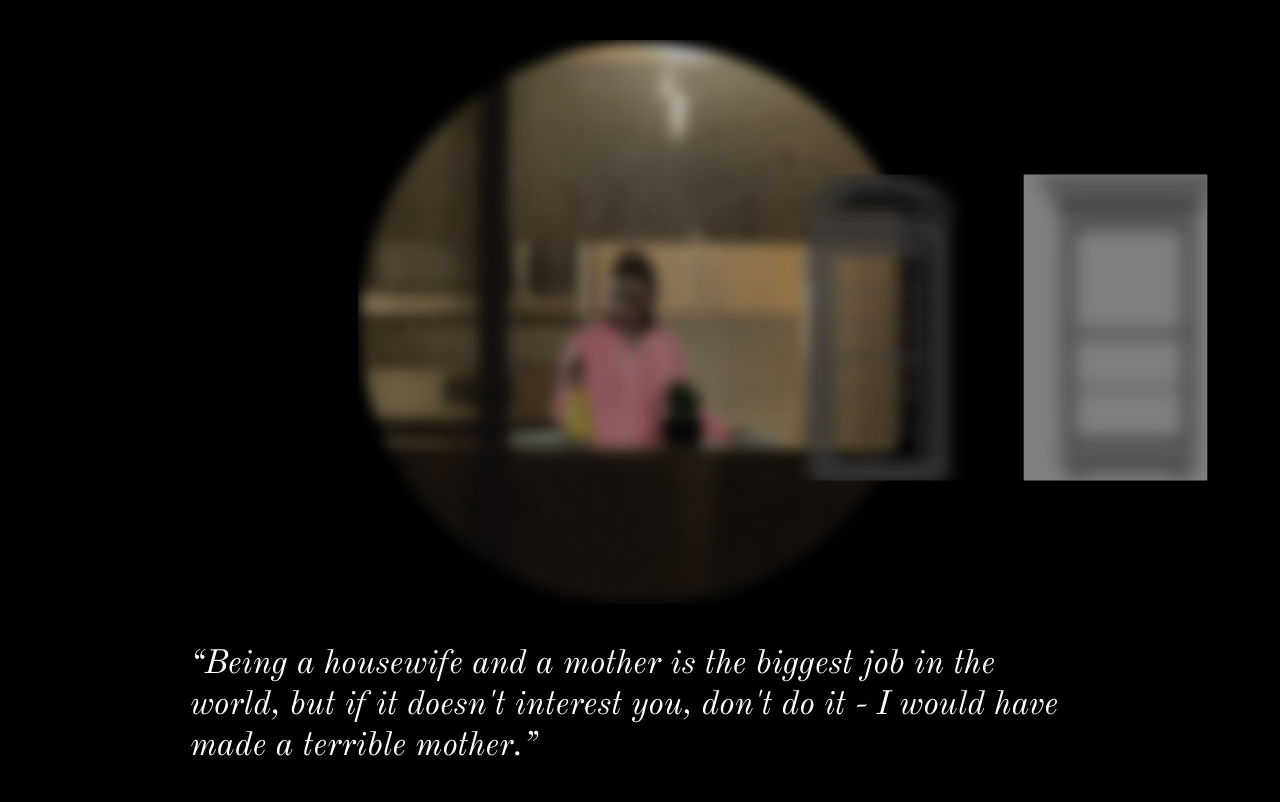
Repository: ConnyPinto/connypinto.github.io
Page: studio/space/final-space/room2.html
The author's editor kept a record of every edit. The page is drawn from the files as they stood at one moment, then again after the next edit.
The browser window is 1280 px wide. The pictures show the whole page.
Some web libraries are served in a nearby version.

Above is the page before.

### studio/space/final-space/room2.html
<html>

<head>
    <title>Space</title>
   <link href='//fonts.googleapis.com/css?family=Old+Standard+TT:400italic' rel='stylesheet' type='text/css'>
    <link rel="stylesheet" href="css/room.css" type="text/css" />
     <script src="//ajax.googleapis.com/ajax/libs/jquery/1.7.1/jquery.min.js"></script>
      <script src="javascript/room.js"></script>
</head>

<body>

        <a href="room3.html" class="right-window"
        style="background-image: url(images/grey-blur-03.png);
    background-repeat: no-repeat;
    transform: scale(1.2);
    width: 153px;
    height: 255px;
    display: block;
    float:right;
    margin-right:80px;
    margin-top:160px;"></a>

          <a href="room1.html" class="left-window"
        style="background-image: url(images/grey-blur-01.png);
    background-repeat: no-repeat;
    transform: scale(1.2);
    width: 153px;
    height: 255px;
    display: block;
    float:right;
    margin-right:80px;
    margin-top:160px;"></a>


    <div class="content">



    <a href="#" class="lense" style="background-image: url(images/lense-02.png);"></a>



    <div class="quote">&ldquo;Being a housewife and a mother is the biggest job in the world, but if it doesn't interest you, don't do it - I would have made a terrible mother.&rdquo;</div>

    </div>

    <!-- <div class="eyes"><img src="images/i9lb4.gif"></div>  -->




</body>

</html>

### studio/space/final-space/css/room.css
body{
    background-color: black;
    font-family: 'Old Standard TT', serif;
    font-style: italic;
    margin-bottom:35px;
}

.lense {
    background-repeat: no-repeat;
    width: 564px;
    height:564px;
    display: block;
    font-size: 0;
    margin:0 auto;
    margin-bottom:40px;
    margin-top:40px;
}
.lense:hover {
    background-position: 0 -565px;
}


/*.lense{
    margin:0 auto;
    margin-top:80px;
    margin-bottom:114px;}*/

.right-window{
    background-repeat: no-repeat;
    background-color: grey;
    width: 125px;
    height: 153px;
    display: block;
    float:right;
    margin-top:200px;
}

.right-window:hover {
    background-position: 0 -125px;
}



.content{
    width:900px;
    margin:0 auto;

}

.quote{
    color:white;
    font-family: 'Old Standard TT', serif;
    display: block;
    margin-left: auto;
    margin-right: auto;
    margin-bottom:10px;
    font-size: 25pt;
    width:900px;


}

.eyes{

    position: relative;
   margin:0 auto;
   width:300px;

}

.sofa-button {
    background-image: url(../images/sofa-button.png);
    background-repeat: no-repeat;
    width: 212px;
    height: 67px;
    display: inline-block;
    font-size: 0;
    margin:60px;
    margin-bottom:-80px;

}
.sofa-button:hover {
    background-position: 0 -68px;
}


/*.sofa-button{
    margin:20px;
    margin-bottom:-70px;

}*/

### studio/space/final-space/javascript/room.js
$(document).ready(function () {
    $('body').click(function (e) {
        console.log(e);
        if (!$(e.target).is('a')) {
            window.location.href = 'window.html';
        }
    });
});

After the next edit:
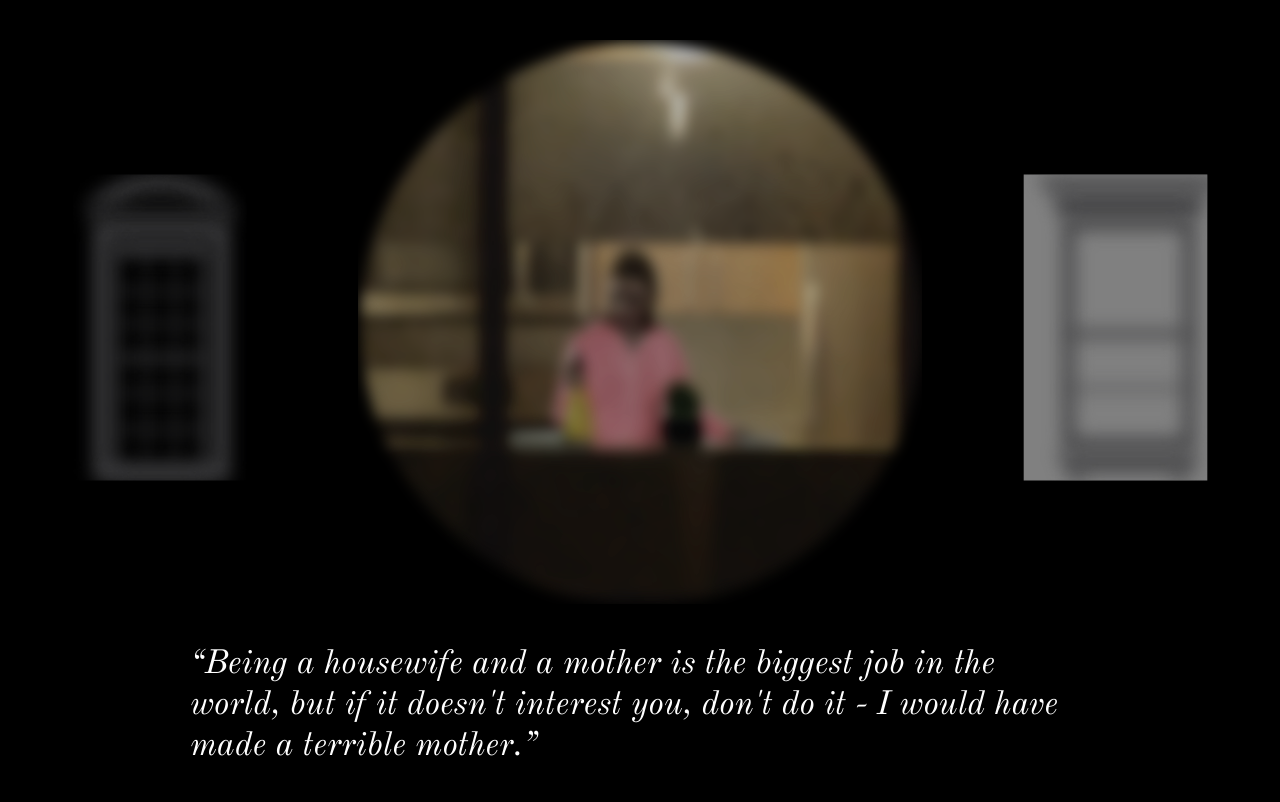
The edit:
--- a/studio/space/final-space/room2.html
+++ b/studio/space/final-space/room2.html
@@ -28,8 +28,8 @@
     width: 153px;
     height: 255px;
     display: block;
-    float:right;
-    margin-right:80px;
+    float:left;
+    margin-left:80px;
     margin-top:160px;"></a>
 
 
